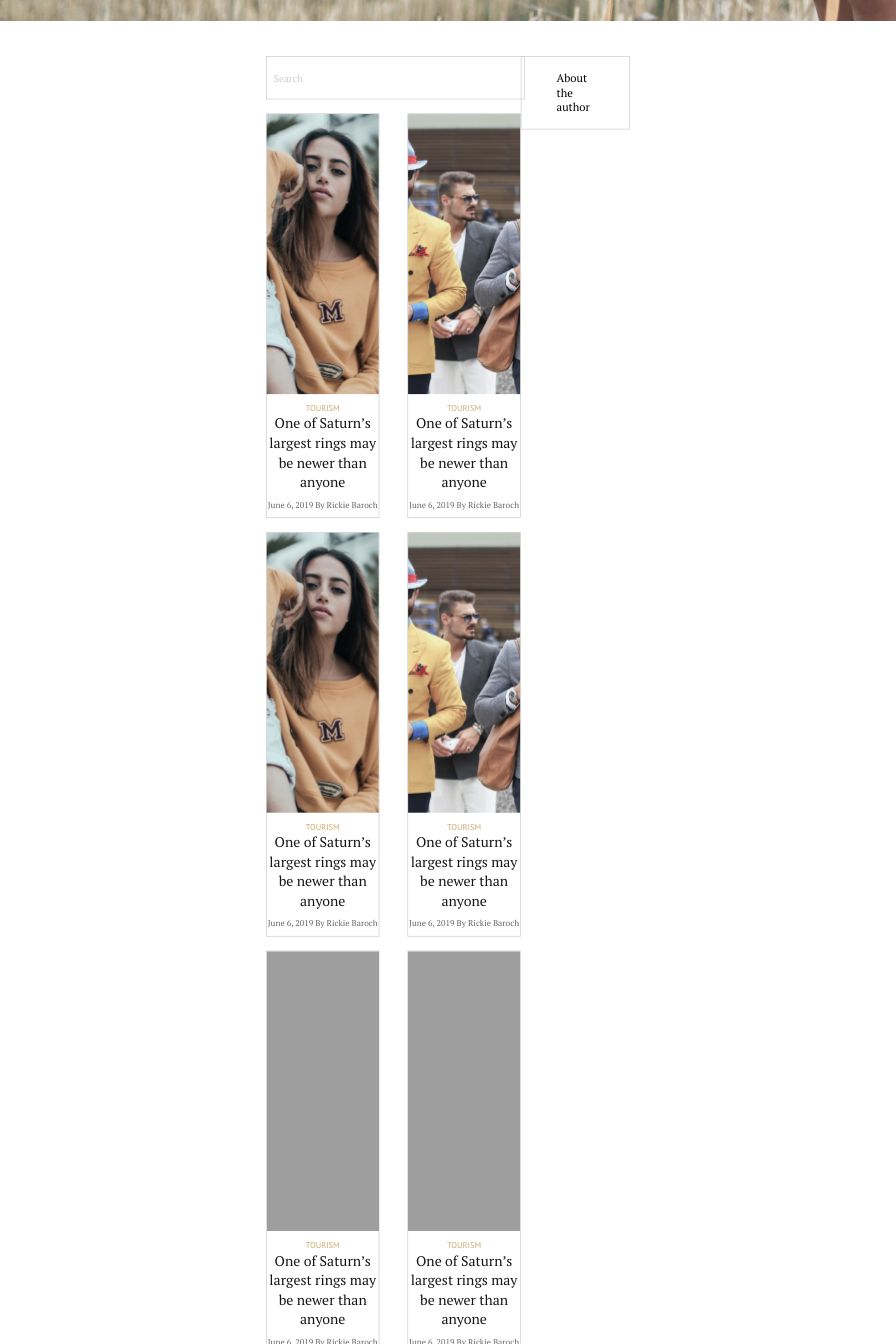
Repository: ThanhHien65/CIJS75
Page: / (app in REACTJS-FashionBlog/fashionblog/)
An editor plug-in stored every save of this project. The page is shown before and after the next save, followed by the edit.
The browser window is 1280 px wide. The pictures show the part of the page from y = 740 to 2660 px (the page is 2726 px tall), at 70% of full size.
Pictures or frames that could not be fetched are drawn as grey boxes. The project was rebuilt for these pictures with package versions that can differ from the ones it lists, and the page was loaded fresh each time.

Above is the page before, as saved 2022-06-24 13:44:58.

After the next save:
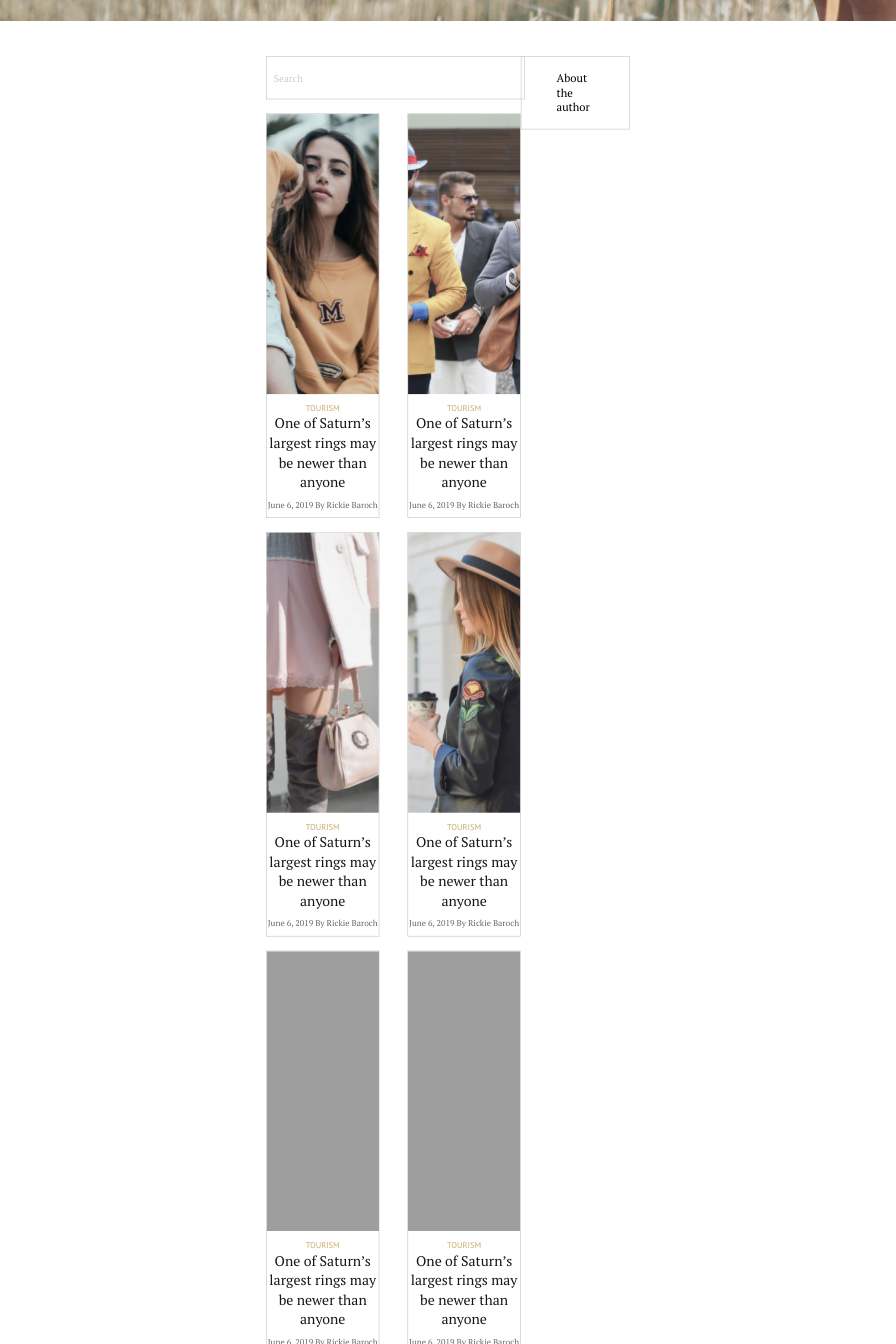
Saved 3 s later.
--- a/REACTJS-FashionBlog/fashionblog/src/component/body/info.js
+++ b/REACTJS-FashionBlog/fashionblog/src/component/body/info.js
@@ -13,8 +13,8 @@ export const ImageInfo = [
     date: "June 6, 2019 By Rickie Baroch",
   },
   {
-    image1: bitmap,
-    image2: bitmap2,
+    image1: bitmap3,
+    image2: bitmap4,
     tour: "Tourism",
     details: "One of Saturn’s largest rings may be newer than anyone",
     date: "June 6, 2019 By Rickie Baroch",
